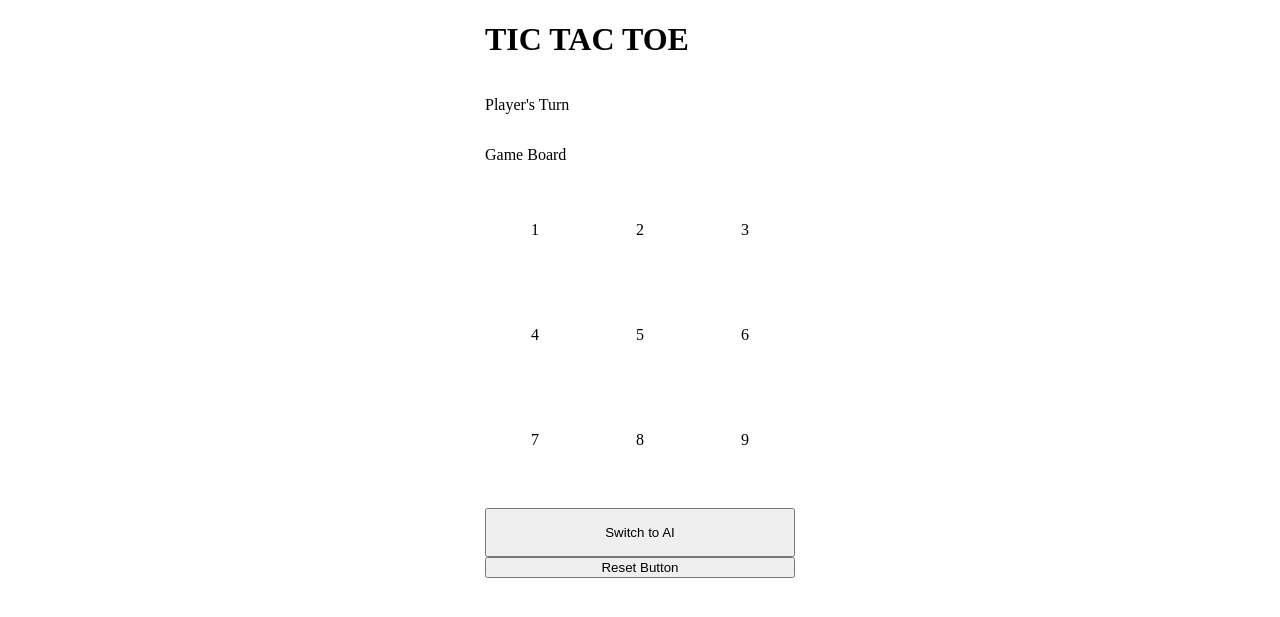
Repository: Yash19075/TicTacToe-game
Page: TicTacToe.html
The author's editor kept a copy of each file at every save. The page is drawn from the files as they stood at one save, then again after the next save.
The browser window is 1280 px wide. The pictures show the whole page.

Above is the page before, as saved 2025-03-08 22:59:17.

### TicTacToe.html
<!DOCTYPE html>
<html lang="en">
<head>
    <meta charset="UTF-8">
    <meta name="viewport" content="width=device-width, initial-scale=1.0">
    <title>TicTacToe</title>
    <link rel="stylesheet" href="TicTacToe.css">
</head>
<body>
    <h1>TIC TAC TOE</h1>

    <p>Player's Turn</p>

    <p>Game Board</p>
    <div class="css-board">
        <div class="css-cell">1</div>
        <div class="css-cell">2</div>
        <div class="css-cell">3</div>
        <div class="css-cell">4</div>
        <div class="css-cell">5</div>
        <div class="css-cell">6</div>
        <div class="css-cell">7</div>
        <div class="css-cell">8</div>
        <div class="css-cell">9</div>
    </div>
    <br>
    <button class="css-switchButton">Switch to AI</button>
    <button>Reset Button</button>
</body>
</html>

### TicTacToe.css
body {
    justify-content: center;
    align-items: center;
    display: grid;
    height: 100px;
    margin: 0;
}

.css-board {
    display: grid;
    grid-template-columns: repeat(3, 100px);
    grid-template-rows: repeat(3, 100px);
    gap: 5px;
    align-items: center;
}

.css-board div {
    display: flex;
    justify-content: center;
    align-items: center;
}

.css-switchButton {
    padding: 15px 20px;
}

After the next save:
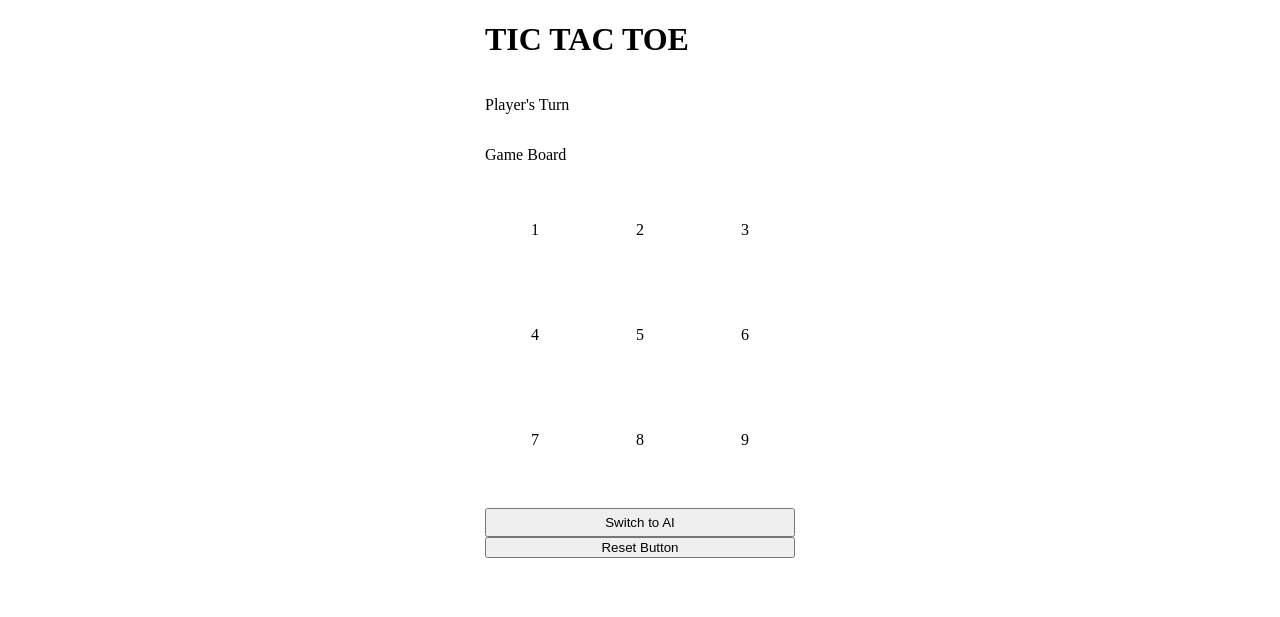
Saved 7 s later.
--- a/TicTacToe.css
+++ b/TicTacToe.css
@@ -21,5 +21,5 @@ body {
 }
 
 .css-switchButton {
-    padding: 15px 20px;
+    padding: 5px 20px;
 }
